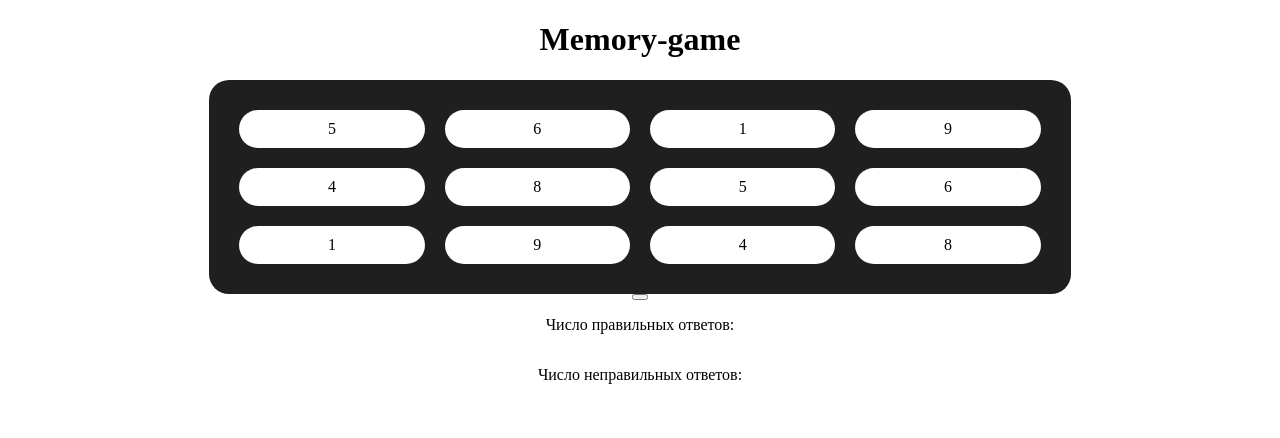
Repository: ortamfag/React_Memory-game
Page: /
The author's editor kept a copy of each file at every save. The page is drawn from the files as they stood at one save, then again after the next save.
The browser window is 1280 px wide. The pictures show the whole page.
The project was rebuilt for these pictures with package versions that can differ from the ones it lists, and the page was loaded fresh each time. Also part of the build but not shown: src/components/FieldGame/index.scss, src/components/UI/ResetButton/ResetButton.module.scss.

Above is the page before, as saved 2022-09-12 12:02:06.

After the next save:
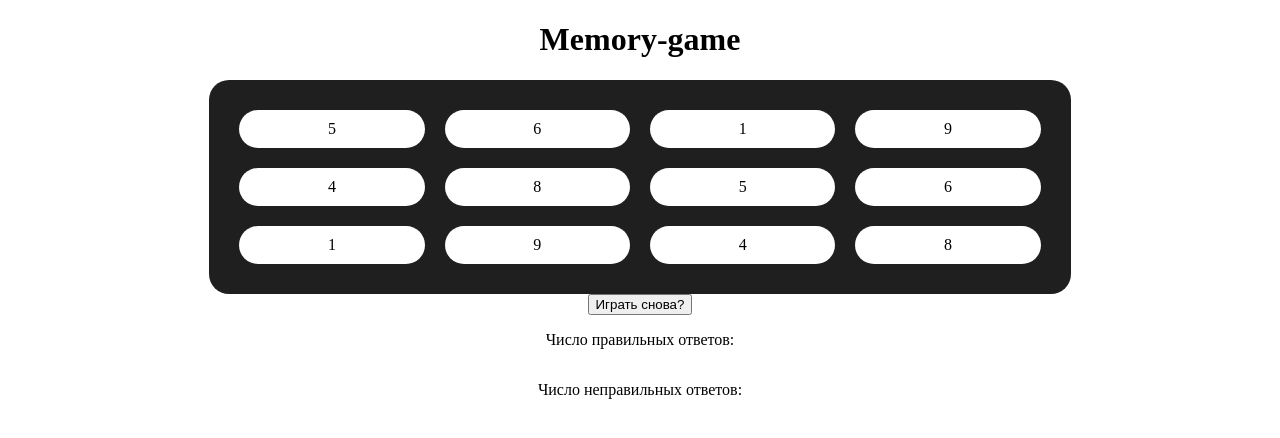
Saved 42 s later.
--- a/src/components/UI/ResetButton/ResetButton.jsx
+++ b/src/components/UI/ResetButton/ResetButton.jsx
@@ -4,7 +4,7 @@ import "./ResetButton.module.scss"
 const ResetButton = () => {
     return (
         <button className='game__button'>
-
+            Играть снова?
         </button>
     );
 };
